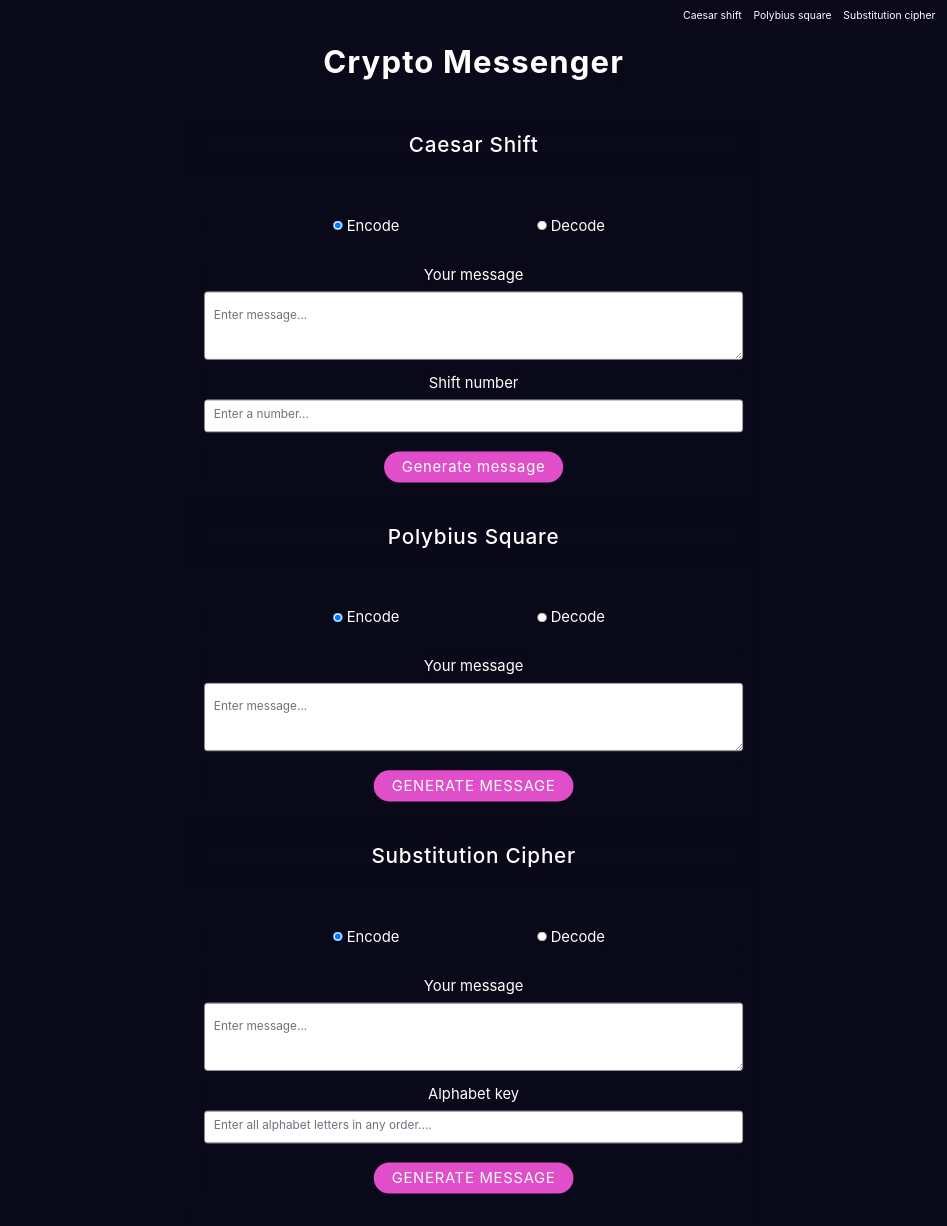
Repository: Rthompson2548/Project-Decoder-Ring
Page: index.html
An editor plug-in stored every save of this project. The page is shown before and after the next save, followed by the edit.
The browser window is 1280 px wide. The pictures show the whole page, at 74% of full size.

Above is the page before, as saved 2022-04-09 20:29:26.

After the next save:
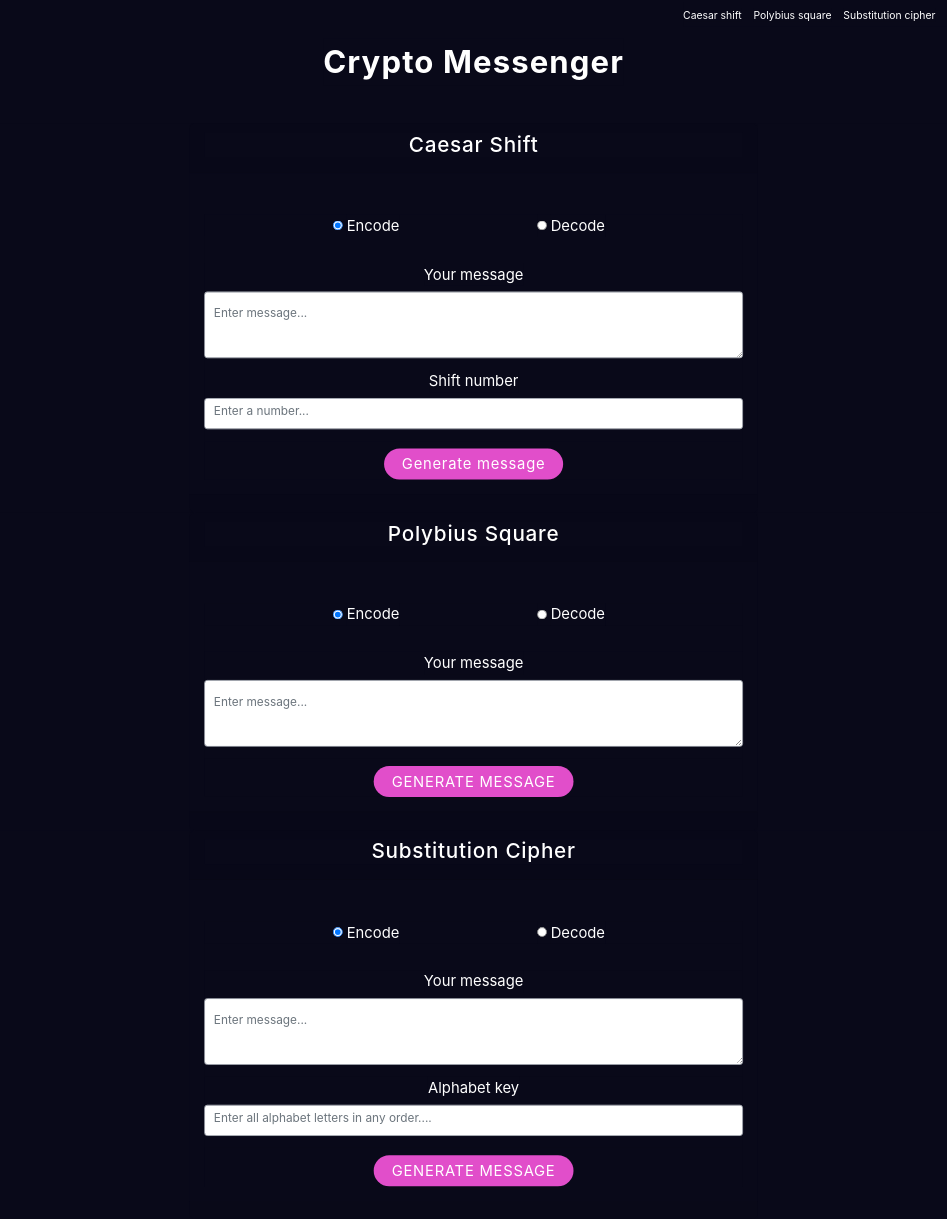
Saved 4 s later.
--- a/index.css
+++ b/index.css
@@ -14,7 +14,7 @@ html, body, #page {
 input, textarea {
   font-size: 16px !important;
   border-radius: 15px;
-  padding: 18px 24px 24px 12px !important;
+  padding: 16px 24px 24px 12px !important;
 }
 
 .page-content {
